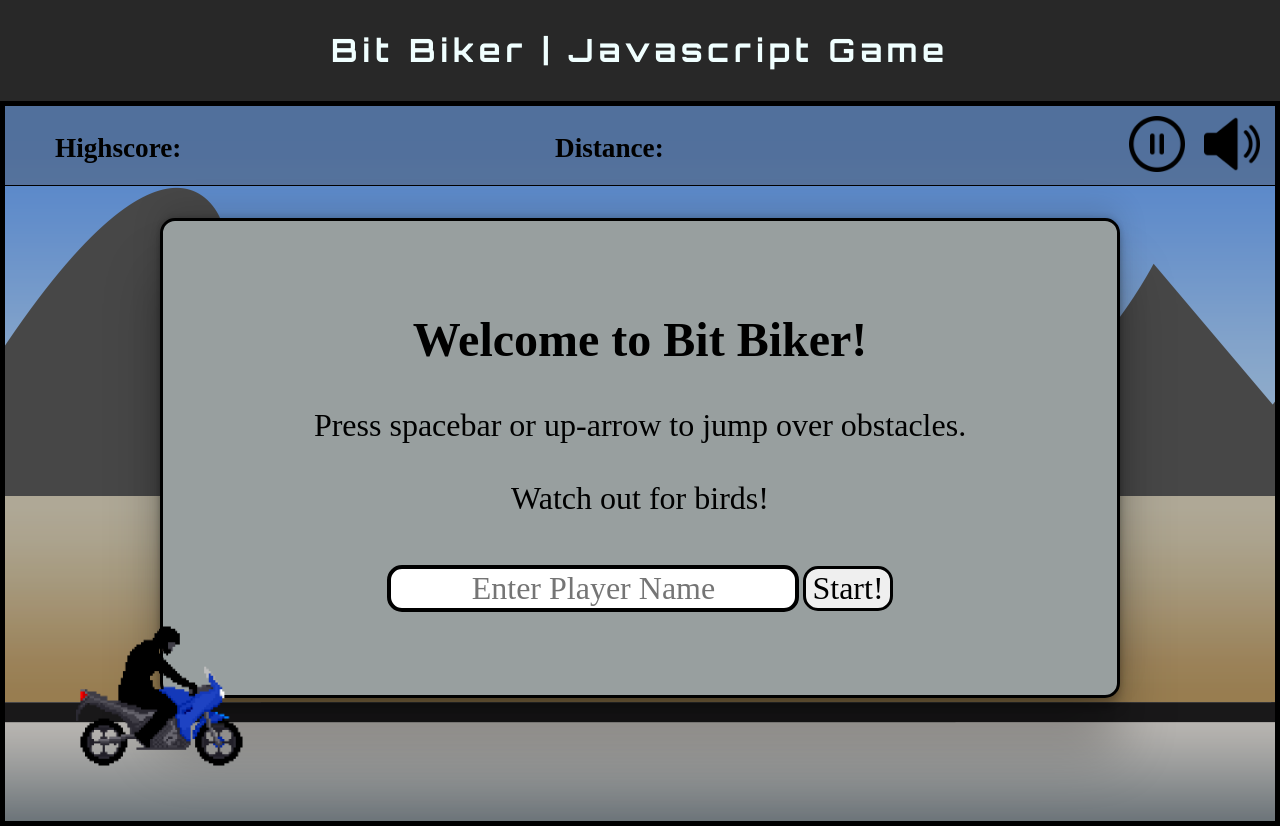
Repository: jellymel0n/bit-biker
Page: index.html
These files come from the project's save history. The page is drawn as it stood at one moment and after the next save; the edit follows.
The browser window is 1280 px wide. The pictures show the whole page.

Above is the page before, as saved 2021-07-18 20:07:37.

### index.html
<!DOCTYPE html>
<html lang="en">
<head>
    <meta charset="UTF-8">
    <meta http-equiv="X-UA-Compatible" content="IE=edge">
    <meta name="viewport" content="width=device-width, initial-scale=1.0">
    <!-- Google Fonts -->
    <link rel="preconnect" href="https://fonts.googleapis.com">
    <link rel="preconnect" href="https://fonts.gstatic.com" crossorigin>
    <link href="https://fonts.googleapis.com/css2?family=Orbitron:wght@400;700&display=swap" rel="stylesheet">
    <!-- CSS reset/normalize -->
    <link rel="stylesheet" href="styles/normalize-fwd.css">
    <!-- Local CSS -->
    <link rel="stylesheet" href="styles/styles.css">
    <title>Bit Biker | Javascript Game</title>
</head>
<body>
    <h1>Bit Biker | Javascript Game</h1>

    <main id="game-board">
        <div id="song">
            <audio id='song-playback' currentTime=''>
                <source src="assets/music/run-song.mp3" type="audio/mp3" />
                Your browser does not support audio playback.
            </audio>
        </div>
        <!-- Game board header -->
        <div id='game-header'>
            <div class="highscore-container">
                <p id='highscore-text'>Highscore:   </p>
                <p id="highScore-get"></p>
            </div>

            <div class="distance-container">
            <p id='distance-text'>Distance:   </p>
            <p id="distance-num"></p>
            </div>

            <div id='btn-pause'>
                <img src="assets/graphics/icons/pause.png" alt="pause button, circle around a pause icon">
            </div>
            <div id='btn-volume'>
                <img src="assets/graphics/icons/volume.png" alt="volume button, speaker icon">
            </div>
            <div id="btn-mute">
                <img src='assets/graphics/icons/mute.png' alt='mute button, speaker icon crossed out'>
            </div>
        </div>
        <!-- End of game board header -->

        <!-- Splash screen - intro -->
        <div id='splash-screen'>
            <h2 id='splash-header'>Welcome to Bit Biker!</h2>
            <p id='splash-text'>Press spacebar or up-arrow to jump over obstacles.<br><br>Watch out for birds!</p>

            <div id="splashInput">
                <input id='player-name' type='text' placeholder='Enter Player Name' required>
                <button id='savePlayer'>Start!</button>
            </div>
        </div>
        <!-- End of splash screen -->

        <!-- Pause Screen -->
        <div id="pause-screen">
            <h2>Game Paused</h2>
            <p id='pause-text'>
                To get gameplay instructions click the "Help" button<br>
                To quit the game and go back to the splash screen click "Quit".<br>
                To go back to the game, click "X" in the top corner.</p>
            <div id="pause-close">
                <img src="assets/graphics/icons/remove.png" alt="Close icon, an X with a circle around it.">
            </div>
            <div id="pause-btns">
                <div id="help-btn">
                    <p id="help-btn-text">Help</p>
                </div>
                <div id="quit-btn">
                    <p id="quit-text">Quit</p>
                </div>
            </div>
        </div>
        <!-- End of Pause Screen -->

        <!-- Help Screen -->
        <div id="help-screen">
            <h2>Gameplay Instructions</h2>
            <p id='help-text'>
                Press the spacebar to jump, hold to jump higher.
                <br>
                Avoid obstacles in the road as well as birds flying above.<br>
                Rocks cannot hurt you, only spiked blocks and birds can.
                <br>
                To mute, click the speaker icon in the top corner.
            </p>
            <div id="help-btns">
                <div id="resume-btn">
                    <p>Resume</p>
                </div>
                <div id="help-quit-btn">
                    <p id="quit-text">Quit</p>
                </div>
            </div>
        </div>
        <!-- End of Help Screen -->

        <!-- Game Over Screen -->
        <div id="gOver-screen">
            <h2>Game Over!</h2>
            <p id='gOver-text'>
                That's the way of the road. Try again.
                <br><br>
            </p>
            <p id='gOver-distance'></p>
            <p id="highscoreCheck"></p>
            <div id="gOver-btns">
                <div id="play-again-btn">
                    <p>Play Again</p>
                </div>
                <div id="gOver-quit-btn">
                    <p id="quit-text">Quit</p>
                </div>
            </div>
        </div>

        <!-- End of Game Over Screen -->

        <!-- Game Complete Screen -->
        <div id="complete-screen">
            <h2>Congratulations!</h2>
            <p id='complete-text'>
                You've traversed the deadliest road.
                <br><br>
            </p>
            <p id='complete-distance'></p>
            <p id="completeHSCheck"></p>
            <div id="complete-btns">
                <div id="complete-play-again-btn">
                    <p>Play Again</p>
                </div>
                <div id="complete-quit-btn">
                    <p id="quit-text">Quit</p>
                </div>
            </div>
        </div>

        <!-- End of Game Complete Screen -->

    </main>

<!-- jQuery CDN script-->
<script src="https://code.jquery.com/jquery-3.6.0.min.js" integrity="sha256-/xUj+3OJU5yExlq6GSYGSHk7tPXikynS7ogEvDej/m4=" crossorigin="anonymous"></script>
<!-- Local JS script -->
<script src='scripts/script.js'></script>
</body>
</html>

### styles/styles.css
body {
    background-color: rgb(40, 40, 40);
}

h1 {
    font-family: 'Orbitron', sans-serif;
    color: azure;
    text-align: center;
    margin: 2rem auto;
    letter-spacing: 5px;
}

#game-board {
    width: 80rem;
    height: 725px;
    border: 5px solid black;
    /* border-radius: 10%; */
    margin: 0 auto;
    position: relative;
    overflow: hidden;
}

#game-board:before {
    content: " ";
    position: absolute;
    z-index: -1;
    top: -40px;
    left: -20px;
    right: -20px;
    bottom: -20px;
    border: 20px solid #2A9D8F;
    border-radius: 18px;
}

/* Game board header */
div#game-header {
    display: flex;
    justify-content: space-around;
    width: 100%;
    height: 5rem;
    background-color: rgba(1, 255, 255, 0.297);
    background-color: rgba(74, 74, 74, 0.366);
    border-bottom: 1px solid black;
}

#highscore-text,
#distance-text,
#distance-num,
#highScore-get {
    position: absolute;
}

#highscore-text {
    font-size: 1.7rem;
    left: 50px;
    font-weight: bold;
}

#distance-text {
    font-size: 1.7rem;
    left: 550px;
    font-weight: bold;
}

#distance-num {
    font-size: 1.7rem;
    left: 660px;
    top: 1px;
    font-weight: bold;
    margin-left: 0.5rem;
}

#highScore-get {
    font-size: 1.7rem;
    left: 178px;
    font-weight: bold;
    margin-left: 0.5rem;
}



#btn-pause img {
    position: absolute;
    width: 3.5rem;
    right: 90px;
    top: 10px;
}

#btn-pause img:hover {
    transform: scale(1.1);
    cursor: pointer;
}

#btn-volume img,
#btn-mute img {
    position: absolute;
    width: 3.5rem;
    right: 15px;
    top: 10px;
}

#btn-volume img:hover,
#btn-mute img:hover  {
    transform: scale(1.1);
    cursor: pointer;
}

#btn-mute {
    display: none;
}

/* end of game board header */

/* Splash screen styles */
#splash-screen {
    width: 60rem;
    height: 30rem;
    z-index: 5;
    margin: 2rem auto;
    border: 3px solid black;
    border-radius: 15px;
    align-content: center;
    background-color: rgb(152, 159, 159);
    box-shadow: rgba(0, 0, 0, 0.25) 0px 54px 55px, rgba(0, 0, 0, 0.12) 0px -12px 30px, rgba(0, 0, 0, 0.12) 0px 4px 6px, rgba(0, 0, 0, 0.17) 0px 12px 13px, rgba(0, 0, 0, 0.09) 0px -3px 5px;
}

#splash-screen h2 {
    text-align: center;
    font-size: 3rem;
}

#splash-text {
    text-align: center;
    font-size: 2rem;
    margin: 0 1rem;
}

#splashInput {
    text-align: center;
    margin-top: 3rem;
}

input[type=text] {
    border: 4px solid black;
    border-radius: 15px;
    font-size: 2rem;
    margin: 0 auto 2rem auto;
    text-align: center;
}

button#savePlayer {
    font-size: 2rem;
    color: black;
    border: 3px solid black;
    border-radius: 15px;
}

button#savePlayer:hover {
    transform: scale(1.1);
    cursor: pointer;
}
/* End of splash screen styles */

/* Pause and Help screen styles */

#pause-screen,
#help-screen,
#gOver-screen,
#complete-screen {
    display: none;
    position: relative;
    z-index: 3;
    width: 60rem;
    height: 30rem;
    margin: 2rem auto;
    border: 3px solid black;
    border-radius: 15px;
    align-content: center;
    background-color: rgb(152, 159, 159);
    box-shadow: rgba(0, 0, 0, 0.25) 0px 54px 55px, rgba(0, 0, 0, 0.12) 0px -12px 30px, rgba(0, 0, 0, 0.12) 0px 4px 6px, rgba(0, 0, 0, 0.17) 0px 12px 13px, rgba(0, 0, 0, 0.09) 0px -3px 5px;
}

#pause-screen h2,
#help-screen h2,
#gOver-screen h2,
#complete-screen h2 {
    text-align: center;
    font-size: 3rem;
}

#pause-text,
#help-text,
#gOver-text,
#gOver-distance,
#highscoreCheck,
#complete-text,
#complete-distance,
#completeHSCheck {
    text-align: center;
    font-size: 2rem;
    margin: 0 1rem;
}

#pause-close img {
    position: absolute;
    width: 3.5rem;
    left: 15px;
    top: 15px;
}

#pause-close img:hover {
    transform: scale(1.1);
    cursor: pointer;
}

#pause-btns,
#help-btns,
#gOver-btns,
#complete-btns{
    display: flex;
    justify-content:center;
    margin-top: 3.6rem;
}

#help-btn,
#quit-btn,
#resume-btn,
#help-quit-btn,
#play-again-btn,
#gOver-quit-btn,
#complete-play-again-btn,
#complete-quit-btn {
    border: solid 3px black;
    text-align: center;
    width: 17%;
    border-radius: 10px;
    /* height: 4rem; */
    font-size: 2rem;
    vertical-align: middle;
    font-weight: bold;
    margin: 0 3rem 0 3rem;
}

#help-btn:hover,
#quit-btn:hover,
#resume-btn:hover,
#help-quit-btn:hover,
#play-again-btn:hover,
#gOver-quit-btn:hover,
#complete-quit-btn:hover,
#complete-play-again-btn:hover {
    transform: scale(1.1);
    cursor: pointer;
    background-color: black;
    color: azure;
}

/* End of Screen Styles */

/* Game Objects */
.player {
    position: absolute;
    background-size: contain;
    transform-origin: center center;
}

.obstacle {
    position: absolute;
    background-size: contain;
}

.bg-layer {
    position: absolute;
}

.bg-prop {
    position: absolute;
    background-size: contain;
}

Loaded but not shown: styles/normalize-fwd.css (library); scripts/script.js (751 lines, source omitted)

After the next save:
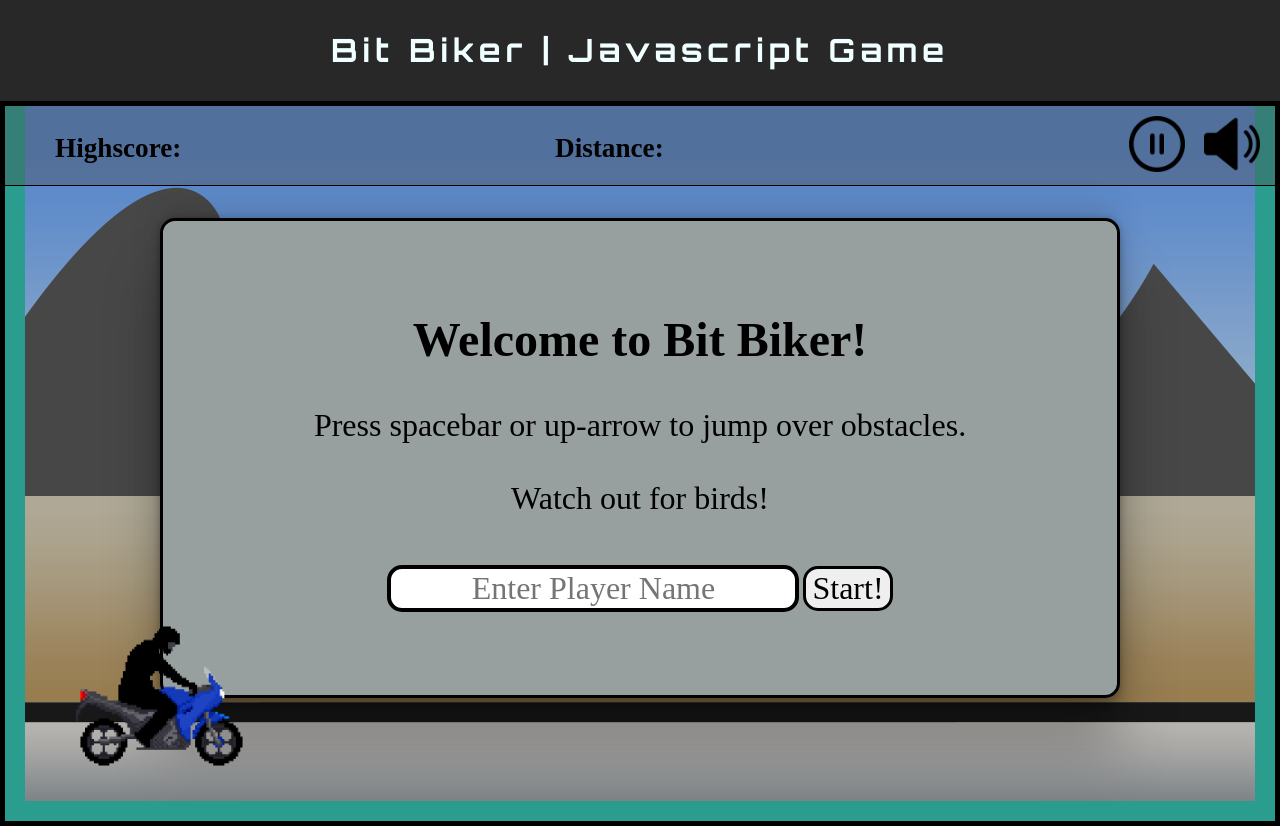
Saved 18 s later.
--- a/styles/styles.css
+++ b/styles/styles.css
@@ -28,7 +28,7 @@ h1 {
     left: -20px;
     right: -20px;
     bottom: -20px;
-    border: 20px solid #2A9D8F;
+    border: 40px solid #2A9D8F;
     border-radius: 18px;
 }
 
